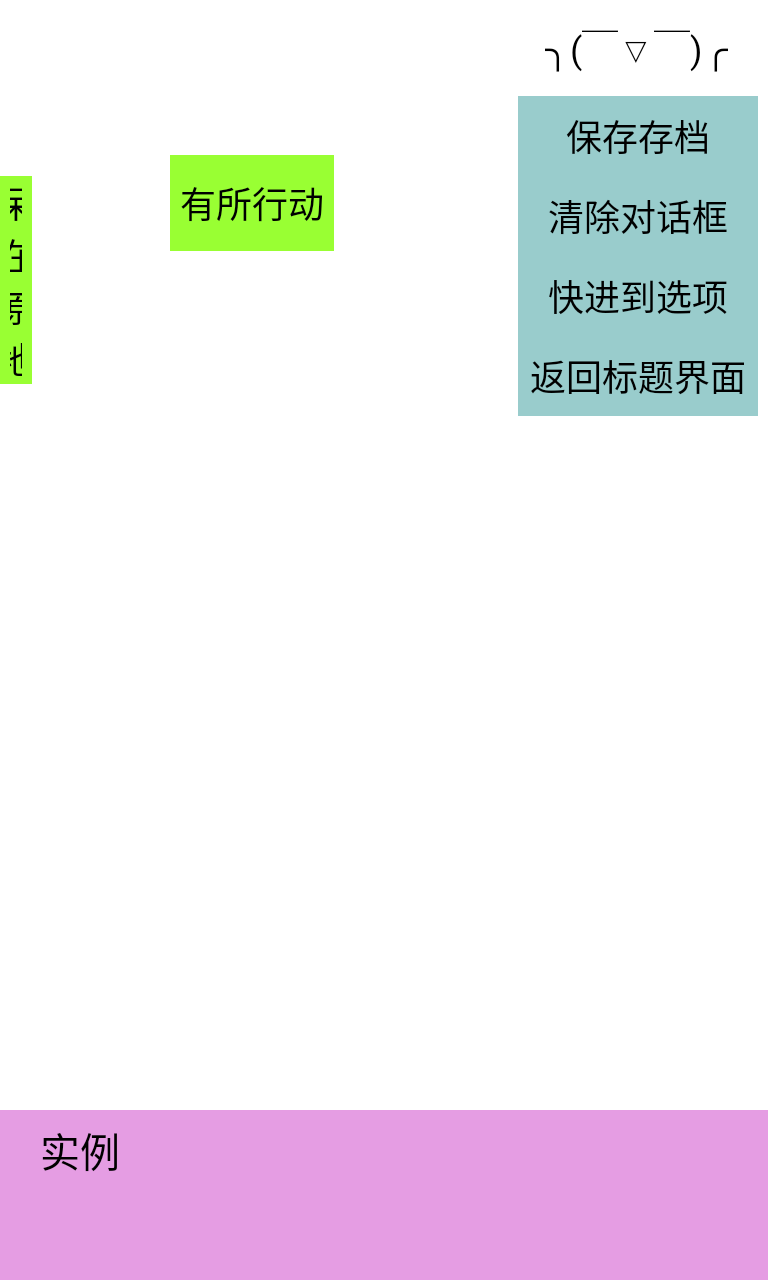
Repository: GuardLDW/HERO
Layout: GuardLDW/res/layout/game.xml
The author's editor kept a copy of each file at every save. The layout is drawn from the files as they stood at one save, then again after the next save.
It is drawn on a 768 x 1280 px phone screen (xhdpi) without system bars, with theme AppTheme; the app's code is not run.

Above is the layout before, as saved 2016-12-08 06:48:40.

### GuardLDW/res/layout/game.xml
<?xml version="1.0" encoding="utf-8"?>
<RelativeLayout xmlns:android="http://schemas.android.com/apk/res/android"
    android:layout_width="match_parent"
    android:layout_height="match_parent"
    android:orientation="vertical" >


      <ImageView
        android:id="@+id/image_game"
        android:layout_width="match_parent"
        android:layout_height="match_parent"
        android:scaleType="fitXY" />

    <Button
        android:id="@+id/button_dialog"
        android:layout_width="match_parent"
        android:layout_height="wrap_content"
        android:layout_alignParentBottom="true"
        android:background="#afDA70D6"
        android:gravity="left"
        android:minHeight="85dp"
        android:paddingLeft="20dip"
        android:paddingRight="20dip"
        android:paddingTop="5dip"
        android:text = "实例"
        android:textSize="20sp" />

    <Button
        android:id="@+id/button_startgameset"
        android:layout_width="wrap_content"
        android:layout_height="wrap_content"
        android:layout_alignParentRight="true"
        android:layout_alignParentTop="true"
        android:text="╮(￣▽￣)╭"
        android:layout_marginRight="20dp"
        android:background="#00FFFFFF"/>

    <Button
        android:id="@+id/button_save"
        android:layout_width="120dp"
        android:layout_height="40dp"
        android:layout_alignParentRight="true"
        android:layout_marginRight="5dp"
        android:layout_below="@+id/button_startgameset"
        android:background="#99CCCC"
        android:text="保存存档" />

    <Button
        android:id="@+id/button_remove"
        android:layout_width="120dp"
        android:layout_height="40dp"
        android:layout_alignParentRight="true"
        android:layout_below="@+id/button_save"
        android:layout_marginRight="5dp"
        android:background="#99CCCC"
        android:text="清除对话框" />

    <Button
        android:id="@+id/button_fast"
        android:layout_width="120dp"
        android:layout_height="40dp"
        android:layout_alignParentRight="true"
        android:layout_below="@+id/button_remove"
        android:background="#99CCCC"
        android:layout_marginRight="5dp"
        android:text="快进到选项" />

    <Button
        android:id="@+id/button_backtotitle"
        android:layout_width="120dp"
        android:layout_height="40dp"
        android:layout_alignParentRight="true"
        android:layout_below="@+id/button_fast"
        android:layout_marginRight="5dp"
        android:background="#99CCCC"
        android:text="返回标题界面" />

    <Button
        android:id="@+id/button_dochoice"
        android:layout_width="wrap_content"
        android:layout_height="wrap_content"
        android:layout_alignBaseline="@+id/button_staychoice"
        android:layout_alignBottom="@+id/button_staychoice"
        android:layout_marginRight="92dp"
        android:layout_toLeftOf="@+id/button_remove"
        android:background="#99FF33"
        android:paddingLeft="5dp"
        android:paddingRight="5dp"
        android:text="有所行动" />

    <Button
        android:id="@+id/button_staychoice"
        android:layout_width="wrap_content"
        android:layout_height="wrap_content"
        android:layout_alignTop="@+id/button_remove"
        android:layout_marginRight="69dp"
        android:layout_toLeftOf="@+id/button_dochoice"
        android:background="#99FF33"
        android:paddingLeft="5dp"
        android:paddingRight="5dp"
        android:text="呆在原地" />

</RelativeLayout>

Loaded but not shown: GuardLDW/res/values/styles.xml (common file); GuardLDW/res/values-v11/styles.xml (common file); GuardLDW/res/values-v14/styles.xml (common file)

After the next save:
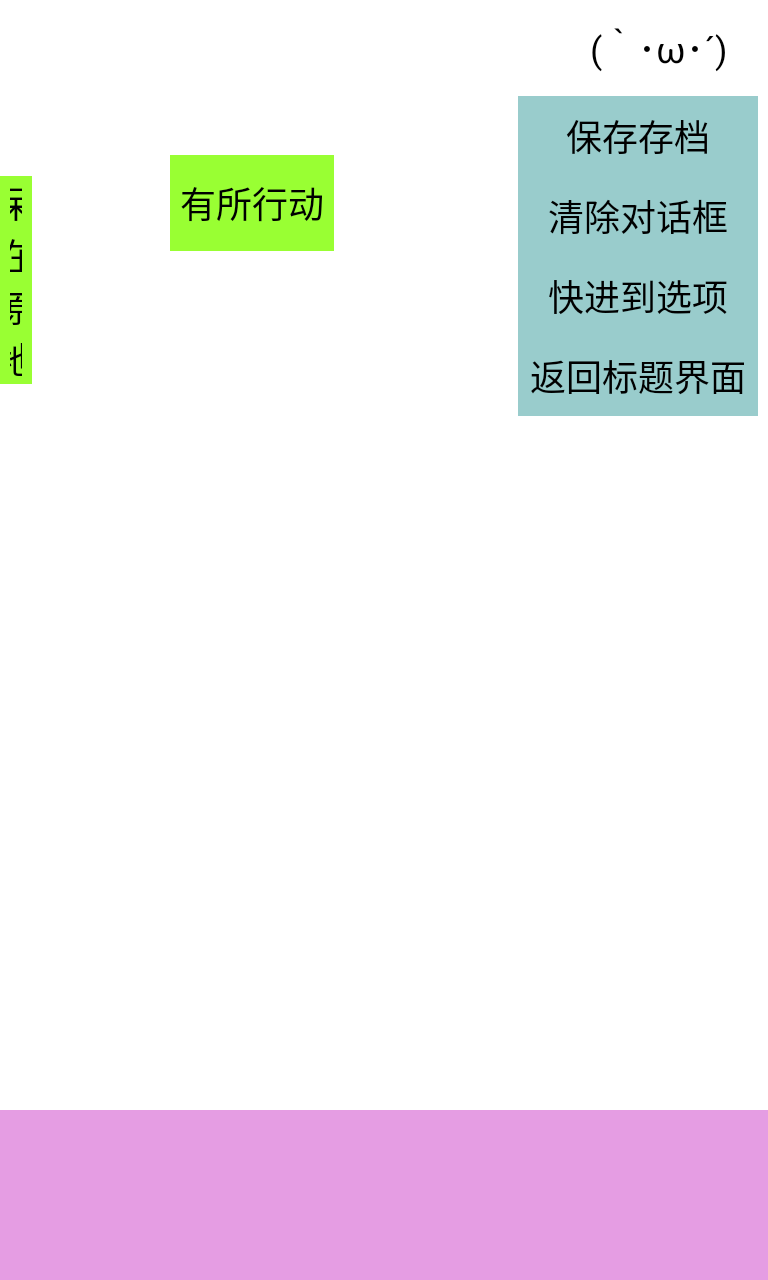
Saved 8 min 25 s later.
--- a/GuardLDW/res/layout/game.xml
+++ b/GuardLDW/res/layout/game.xml
@@ -22,7 +22,6 @@
         android:paddingLeft="20dip"
         android:paddingRight="20dip"
         android:paddingTop="5dip"
-        android:text = "实例"
         android:textSize="20sp" />
 
     <Button
@@ -31,7 +30,7 @@
         android:layout_height="wrap_content"
         android:layout_alignParentRight="true"
         android:layout_alignParentTop="true"
-        android:text="╮(￣▽￣)╭"
+        android:text="(｀･ω･´)"
         android:layout_marginRight="20dp"
         android:background="#00FFFFFF"/>
 
